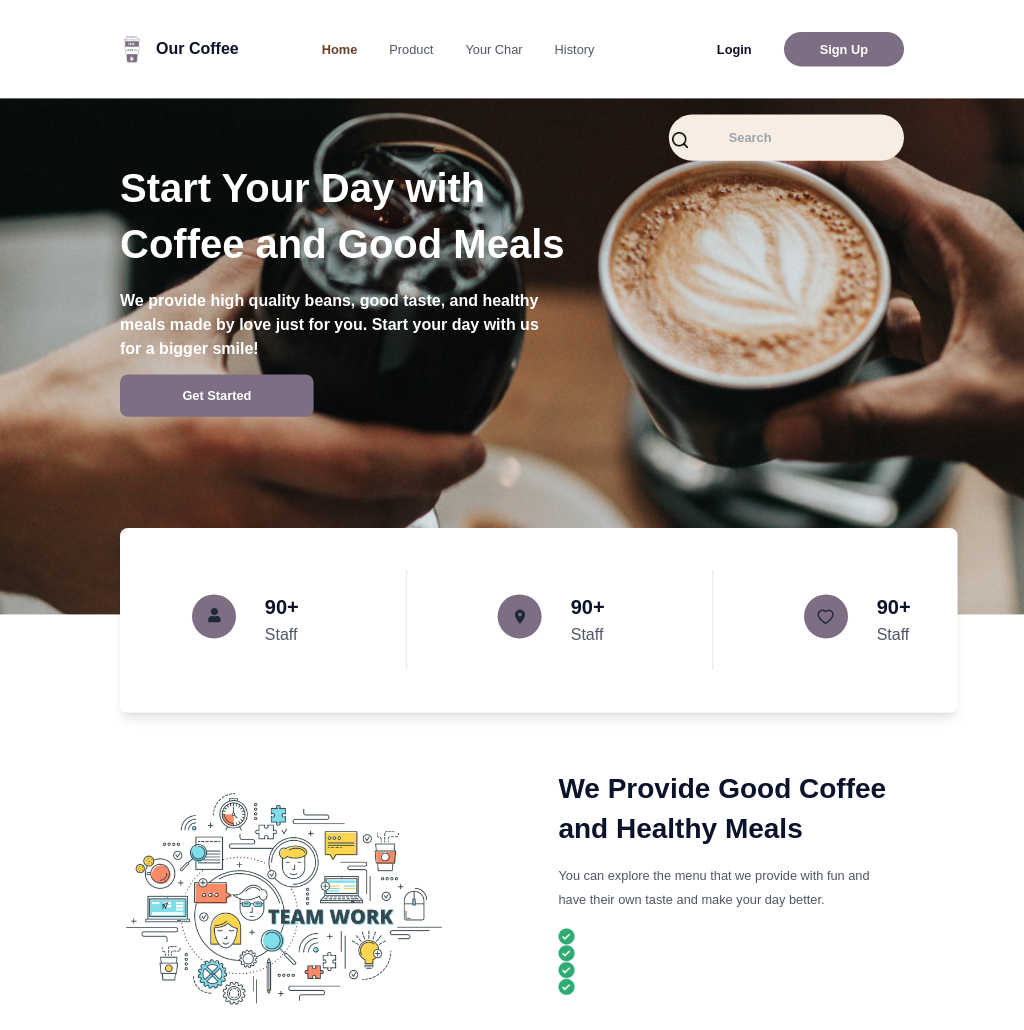
Repository: boykebn/fw12-collab2-FRONTEND
Page: / (app in our/)
The author's editor kept a copy of each file at every save. The page is drawn from the files as they stood at one save, then again after the next save.
The browser window is 1280 px wide. The pictures show the whole page, at 80% of full size.
The project was rebuilt for these pictures with package versions that can differ from the ones it lists, and the page was loaded fresh each time. The framework's server and built-in components were replaced by stand-ins that run in the browser. Also part of the build but not shown: our/next.config.js.

Above is the page before, as saved 2022-12-30 22:45:19.

### our/pages/_app.js
import '../styles/globals.css'
import { Provider } from 'react-redux'
import {store} from '../redux/store'

export default function App({ Component, pageProps }) {
  return (
  <Provider store={store}>
    <Component {...pageProps} />
  </Provider>
  )
}

### our/pages/index.js
import React from "react";
import Image from "next/image";
import logo from "../assets/logoOurCoffee.png";
import Link from "next/link";
import search from "../assets/search.png";
import profileIcon from "../assets/profile-icon.png";
import { FaUser } from "react-icons/fa";
import { MdLocationOn } from "react-icons/md";
import { AiOutlineHeart } from "react-icons/ai";
import layer2 from "../assets/img-layer2.png";
import ceklis from "../assets/ceklis.png";
export default function Home() {
  return (
    <div className="font-rubik">
      <div className="px-[150px] py-[45px] flex items-center">
        <div className="flex flex-1 items-center">
          <Image src={logo} alt="logo" className="w-[30px] h-[33px] mr-[15px]" />
          <span className="text-[#0B132A] text-[20px] font-bold leading-[23px]">Our Coffee</span>
        </div>
        <div className=" text-[#4F5665] text-[16px] mr-[153px]">
          <span className="font-bold text-[#6A4029] mr-[40px]">Home</span>
          <span className="mr-[40px]">Product</span>
          <span className="mr-[40px]">Your Char</span>
          <span>History</span>
        </div>
        <div className="text-[16px] font-[600] leading-[19px]">
          <Link href="#" className="mr-[40px] text-[#0B132A]">
            Login
          </Link>
          <Link href="#" className="text-white border-1 bg-[#7d6e83] py-[13px] px-[45px] rounded-[50px]">
            Sign Up
          </Link>
        </div>
      </div>
      <div className="bg-[url('../assets/background-home.png')] h-[645px] ">
        <div className="px-[150px] flex">
          <div className="pt-[78px] mr-auto">
            <p className="text-white text-[50px] font-bold leading-[70px] w-[570px] mb-[20px]">Start Your Day with Coffee and Good Meals</p>
            <p className="text-white text-[20px] font-bold leading-[30px] w-[555px] mb-[32px]">We provide high quality beans, good taste, and healthy meals made by love just for you. Start your day with us for a bigger smile!</p>
            <Link href="#" className="text-white text-[16px] font-bold border-1 px-[78px] py-[18px] bg-[#7d6e83] rounded-[10px]">
              Get Started
            </Link>
          </div>
          <div className="pt-[20px]">
            <Image src={search} alt="search" className="absolute top-[165px] right-[420px]" />
            <input placeholder="Search" className="focus:outline-none bg-[#f8ede3] py-[17px] pl-[75px] font-[900] rounded-[30px]" />
          </div>
        </div>
      </div>
      <div className="pl-[90px] pr-[59px] py-[53px] border-1 bg-white absolute left-[150px] top-[660px] rounded-[10px] flex items-center shadow-lg mb-[103px]">
        <div className="flex">
          <div className="mr-[36px]">
            <FaUser className="w-[16px] h-[18px] absolute left-[110px] top-[100px]" />
            <div className="border-1 bg-[#7d6e83] w-[55px] h-[55px] rounded-[50%] \"></div>
          </div>
          <div className="mr-[134px]">
            <p className="text-[#0B132A] text-[25px] font-bold leading-[30px] mb-[5px]">90+</p>
            <p className="text-[#4F5665] text-[20px] leading-[30px]">Staff</p>
          </div>
        </div>
        <hr className="bg-[#EEEFF2] w-[2px] h-[125px] mr-[113px]" />
        <div className="flex">
          <div className="mr-[36px]">
            <MdLocationOn className="w-[22px] h-[26px] absolute left-[489px] top-[98px]" />
            <div className="border-1 bg-[#7d6e83] w-[55px] h-[55px] rounded-[50%] \"></div>
          </div>
          <div className="mr-[134px]">
            <p className="text-[#0B132A] text-[25px] font-bold leading-[30px] mb-[5px]">90+</p>
            <p className="text-[#4F5665] text-[20px] leading-[30px]">Staff</p>
          </div>
        </div>
        <hr className="bg-[#EEEFF2] w-[2px] h-[125px] mr-[113px]" />
        <div className="flex">
          <div className="mr-[36px]">
            <AiOutlineHeart className="w-[24px] h-[28px] absolute left-[870px] top-[97px]" />
            <div className="border-1 bg-[#7d6e83] w-[55px] h-[55px] rounded-[50%] \"></div>
          </div>
          <div className="">
            <p className="text-[#0B132A] text-[25px] font-bold leading-[30px] mb-[5px]">90+</p>
            <p className="text-[#4F5665] text-[20px] leading-[30px]">Staff</p>
          </div>
        </div>
      </div>
      <div className="pt-[193px] px-[150px] flex">
        <div className="mr-[139px]">
          <Image src={layer2} alt="img-layer-2" />
        </div>
        <div>
          <div className="mb-[20px]">
            <p className="text-[#0B132A] text-[35px] font-bold leading-[50px] w-[432px] mb-[19px]">We Provide Good Coffee and Healthy Meals</p>
            <p className="text-[#4F5665] text-[16px] leading-[30px] w-[427px]">You can explore the menu that we provide with fun and have their own taste and make your day better.</p>
          </div>
          <div>
            <div>
              <Image src={ceklis} alt="ceklis" />
              <Image src={ceklis} alt="ceklis" />
              <Image src={ceklis} alt="ceklis" />
              <Image src={ceklis} alt="ceklis" />
            </div>
          </div>
        </div>
      </div>
    </div>
  );
}

### our/styles/globals.css
@tailwind base;
@tailwind components;
@tailwind utilities;

@import url("https://fonts.googleapis.com/css2?family=Rubik&display=swap");

### our/redux/store.js
import { configureStore } from '@reduxjs/toolkit';
import thunk from 'redux-thunk'
import reducer from './reducers';
import {persistStore} from 'redux-persist'

const store = configureStore({
    reducer,
    middleware: [thunk]
})

const persistor = persistStore(store)

export {store, persistor}

### our/redux/reducers/index.js
import {combineReducers} from '@reduxjs/toolkit';
import {persistReducer} from 'redux-persist'
import storage from 'redux-persist/lib/storage'
import auth from './auth'

const authConfig = {
    key: 'auth',
    storage
}

const reducer = combineReducers({
    auth: persistReducer(authConfig, auth),
})

export default reducer

### our/redux/reducers/auth.js
import {createSlice} from '@reduxjs/toolkit'

const initialState = {
    token: null
}

const authReducer = createSlice({
    name: 'auth',
    initialState,
    reducers: {
        logout: (state, action) => {
            return initialState
        }
    },
    extraReducers: (build) => {
    }
})

export const { logout } = authReducer.actions

export default authReducer.reducer

### our/tailwind.config.js
/** @type {import('tailwindcss').Config} */
module.exports = {
  content: ["./pages/**/*.{js,ts,jsx,tsx}", "./components/**/*.{js,ts,jsx,tsx}"],
  theme: {
    extend: {
      fontFamily: {
        rubik: ["Rubik", "sans-serif"],
      },
    },
  },
  plugins: [require("daisyui")],
};

After the next save:
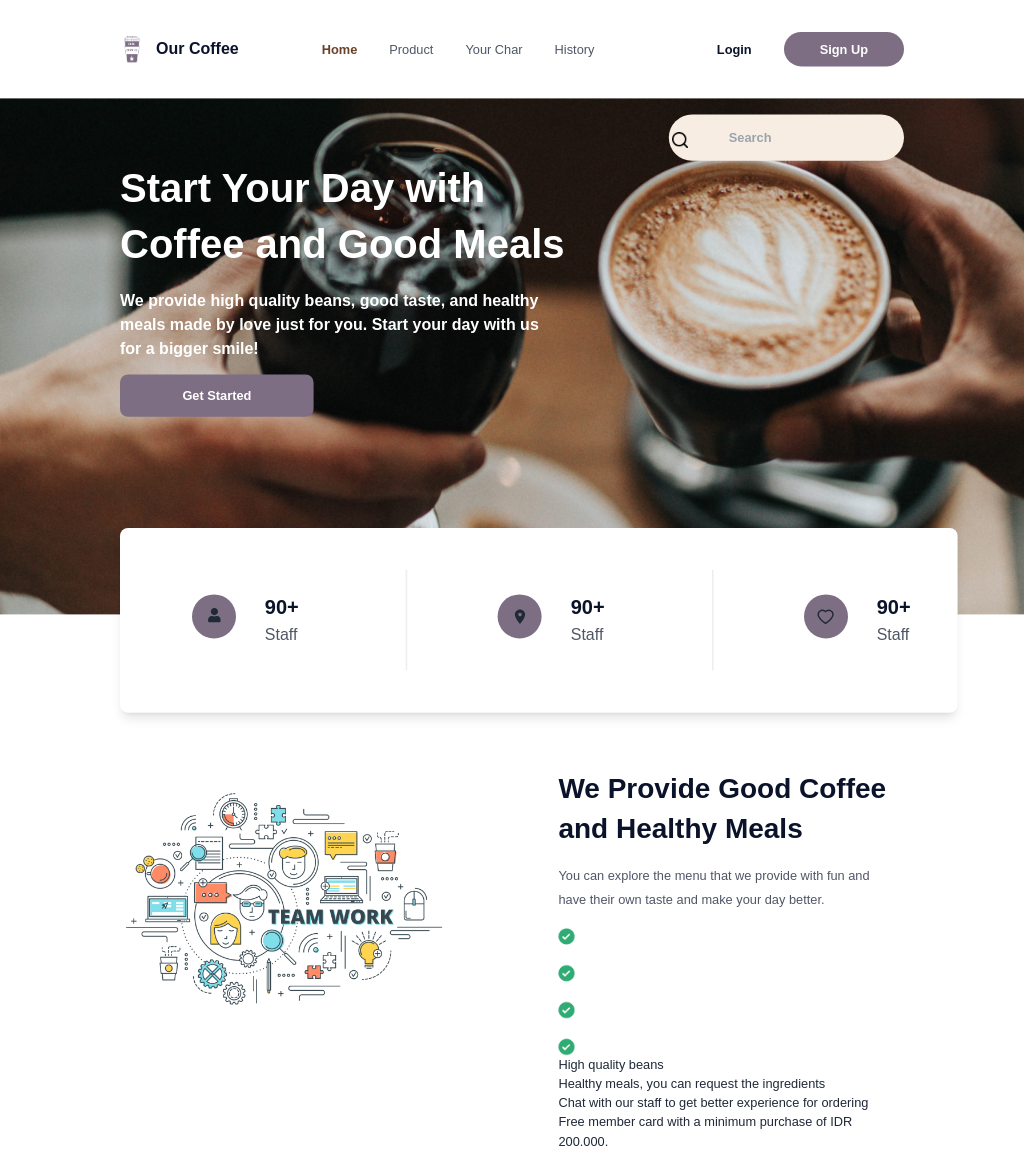
Saved 58 s later.
--- a/our/pages/index.js
+++ b/our/pages/index.js
@@ -92,10 +92,16 @@ export default function Home() {
           </div>
           <div>
             <div>
+              <Image src={ceklis} alt="ceklis" className="mb-[25px]" />
+              <Image src={ceklis} alt="ceklis" className="mb-[25px]" />
+              <Image src={ceklis} alt="ceklis" className="mb-[25px]" />
               <Image src={ceklis} alt="ceklis" />
-              <Image src={ceklis} alt="ceklis" />
-              <Image src={ceklis} alt="ceklis" />
-              <Image src={ceklis} alt="ceklis" />
+            </div>
+            <div>
+              <p>High quality beans</p>
+              <p>Healthy meals, you can request the ingredients</p>
+              <p>Chat with our staff to get better experience for ordering</p>
+              <p>Free member card with a minimum purchase of IDR 200.000.</p>
             </div>
           </div>
         </div>
